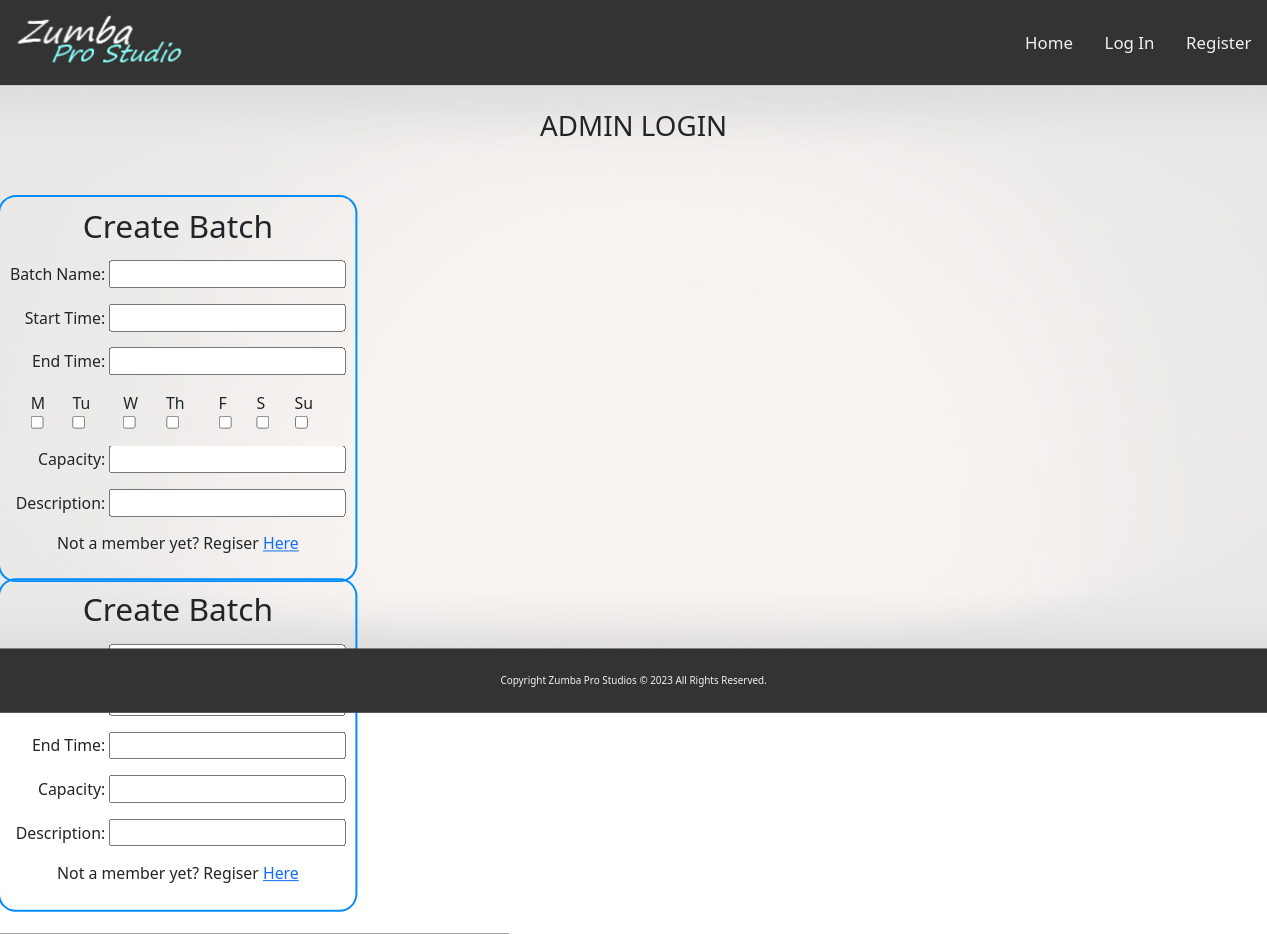
Repository: basemsamuel/Zumba
Page: http://localhost/ZumbaProStudio/adminusers.jsp
These files come from the project's save history. The page is drawn as it stood at one moment and after the next save; the edit follows.
The browser window is 1280 px wide. The pictures show the whole page, at 99% of full size.
The page is served by Tomcat 10.

Above is the page before, as saved 2023-07-30 21:36:08.

After the next save:
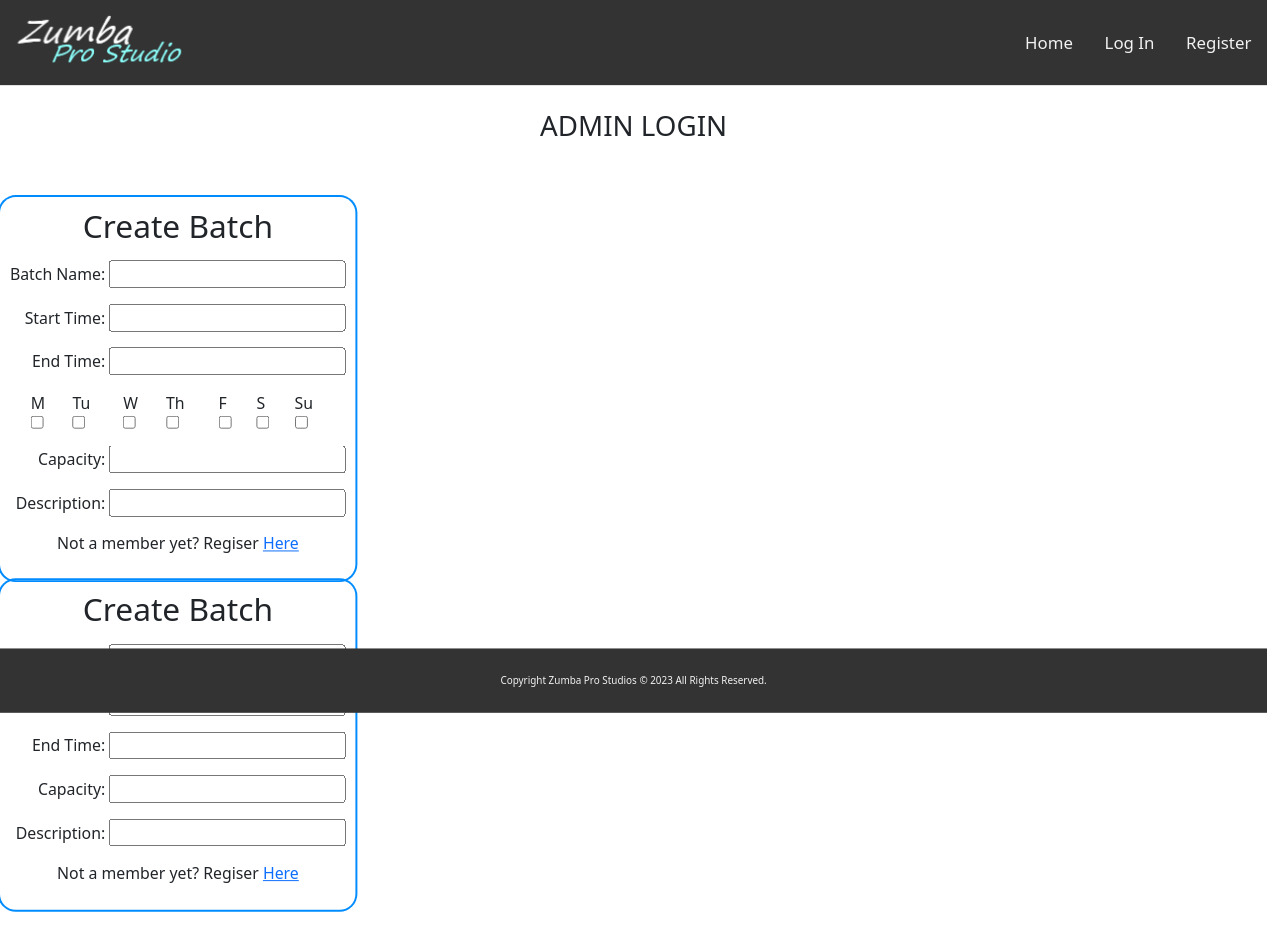
Saved 55 s later.
--- a/ZumbaProStudio/src/main/webapp/adminusers.jsp
+++ b/ZumbaProStudio/src/main/webapp/adminusers.jsp
@@ -1,5 +1,5 @@
 <jsp:include page="header.jsp"></jsp:include>
-<div class="mycontainer">
+<div class="mycontainer2">
 	<div align="center">
 	<br>
 	<h3>ADMIN LOGIN</h3>

After the save that followed:
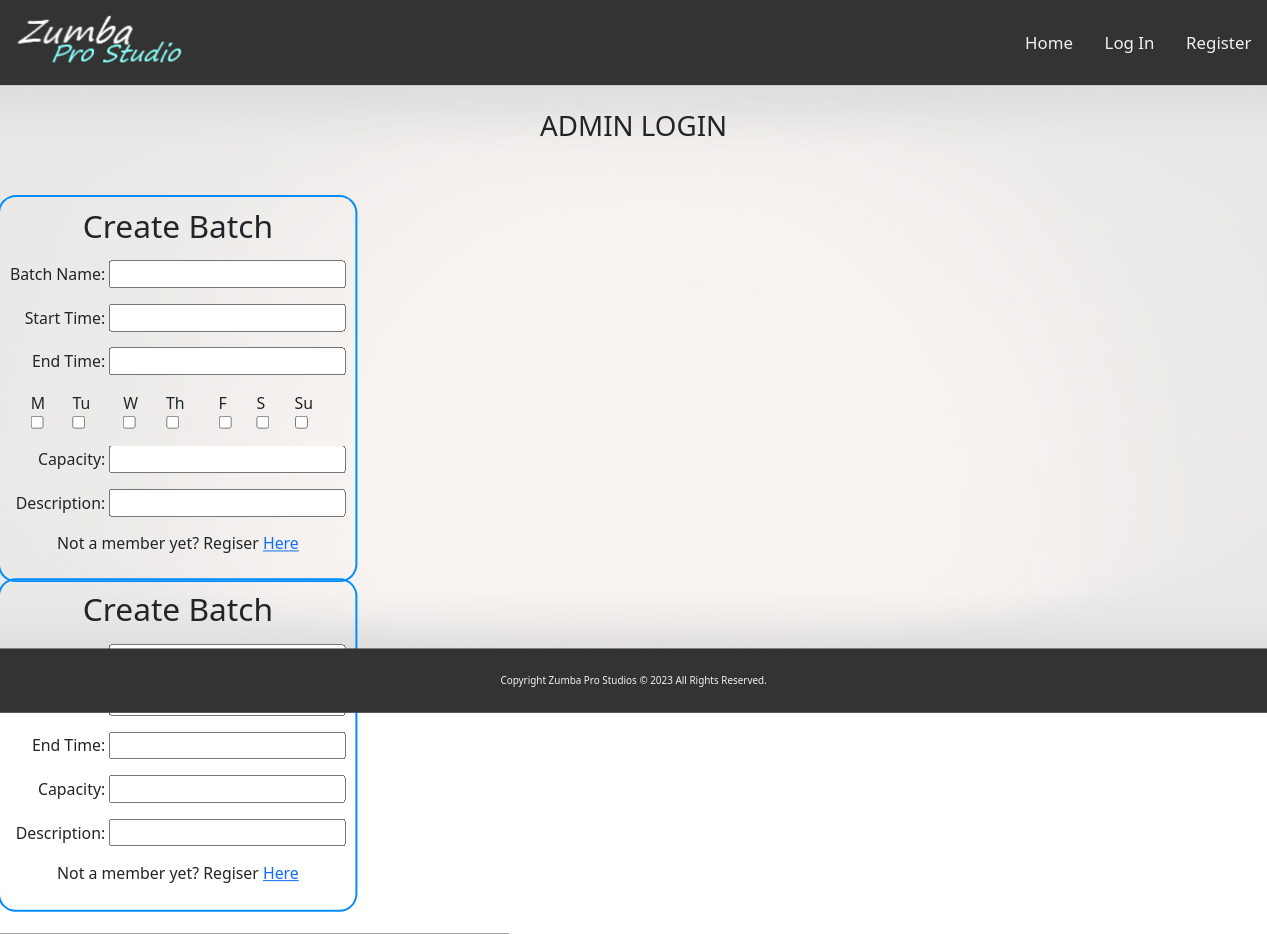
Saved 13 s later.
--- a/ZumbaProStudio/src/main/webapp/adminusers.jsp
+++ b/ZumbaProStudio/src/main/webapp/adminusers.jsp
@@ -1,5 +1,5 @@
 <jsp:include page="header.jsp"></jsp:include>
-<div class="mycontainer2">
+<div class="mycontainer">
 	<div align="center">
 	<br>
 	<h3>ADMIN LOGIN</h3>
